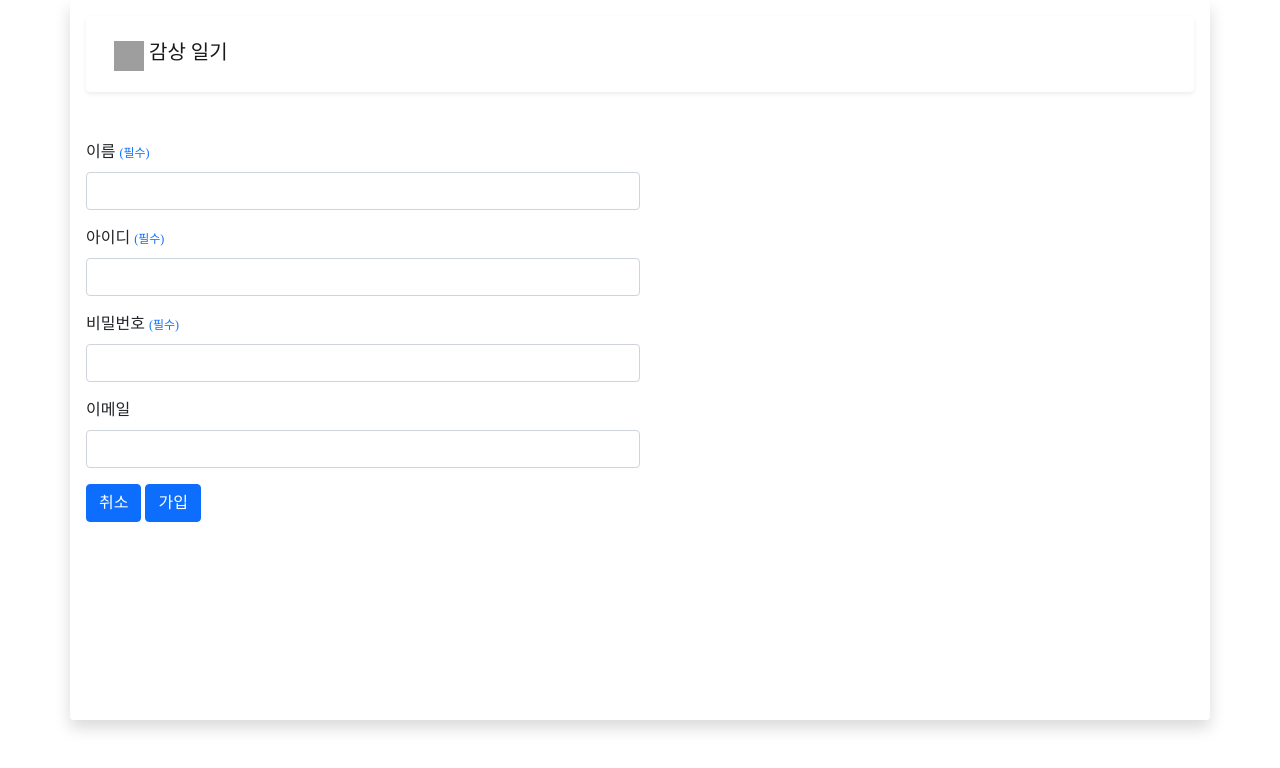
Repository: EunSung98/readMemo
Page: http://localhost/cultureMemoProject/firstStep/signUp.jsp
An editor plug-in stored every save of this project. The page is shown before and after the next save, followed by the edit.
The browser window is 1280 px wide. The pictures show the whole page.
Pictures or frames that could not be fetched are drawn as grey boxes. Some web fonts or font styles are not loaded; a fallback is used. The page is served by Tomcat 9.

Above is the page before, as saved 2023-06-07 15:09:18.

After the next save:
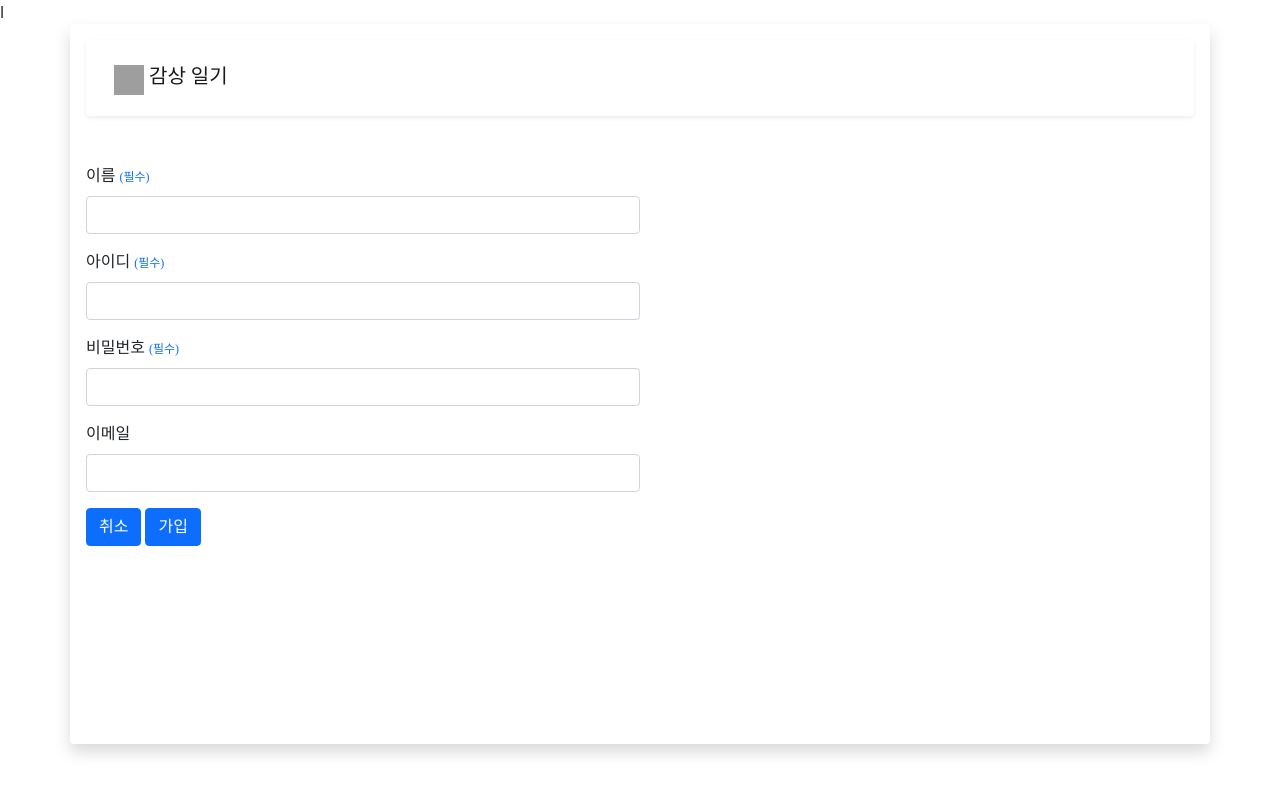
Saved 15 h 22 min later.
--- a/cultureMemoProject/src/main/webapp/firstStep/signUp.jsp
+++ b/cultureMemoProject/src/main/webapp/firstStep/signUp.jsp
@@ -1,4 +1,4 @@
-<%@ page language="java" contentType="text/html; charset=utf-8"
+l<%@ page language="java" contentType="text/html; charset=utf-8"
     pageEncoding="utf-8"  errorPage="error.jsp" %>
 <!DOCTYPE html>
 <html>
